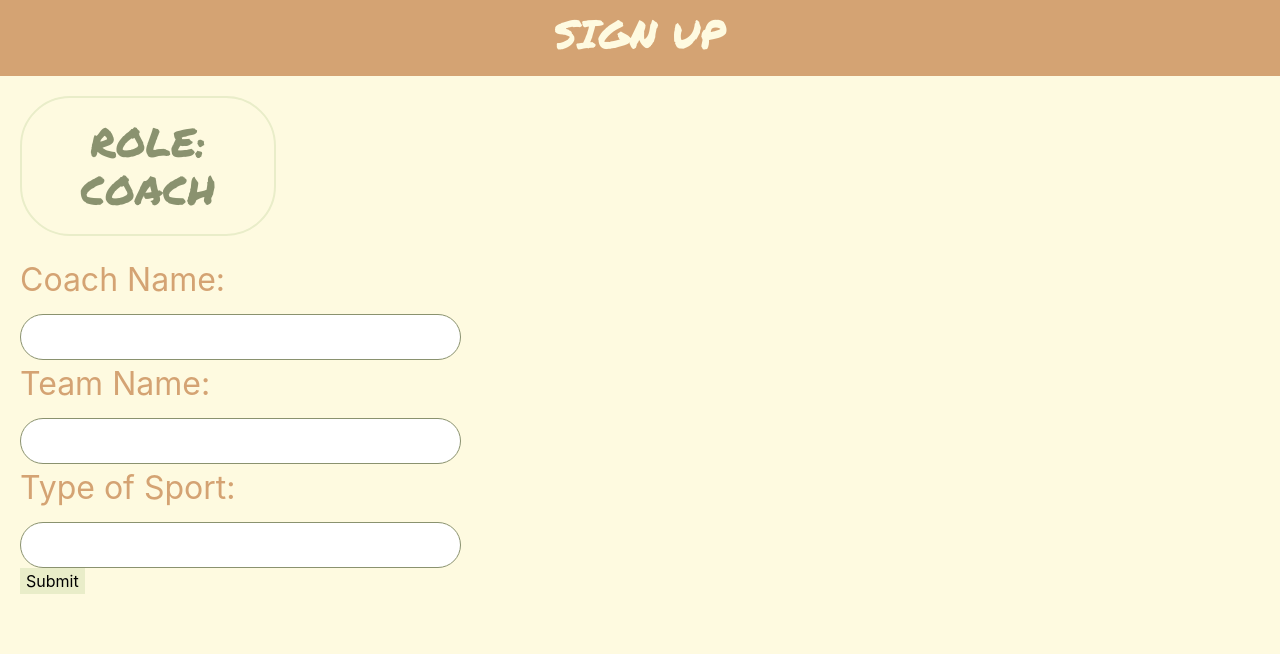
Repository: Aryaholmukhe/treasureHacks
Page: http://localhost/coach
An editor plug-in stored every save of this project. The page is shown before and after a run of saves, followed by the edit.
The browser window is 1280 px wide. The pictures show the whole page.
The page is served by the project's Node server (server.js). Queries for data that is not in the repository find no rows.

Above is the page before, as saved 2022-03-26 19:52:17.

### views/signup/coach.ejs
<html lang="en">

<head>
    <meta charset="UTF-8">
    <meta http-equiv="X-UA-Compatible" content="IE=edge">
    <meta name="viewport" content="width=device-width, initial-scale=1.0">
    <link rel="stylesheet" href="https://cdn.jsdelivr.net/npm/bootstrap@4.6.1/dist/css/bootstrap.min.css">
    <script src="https://cdn.jsdelivr.net/npm/jquery@3.6.0/dist/jquery.slim.min.js"></script>
    <script src="https://cdn.jsdelivr.net/npm/popper.js@1.16.1/dist/umd/popper.min.js"></script>
    <script src="https://cdn.jsdelivr.net/npm/bootstrap@4.6.1/dist/js/bootstrap.bundle.min.js"></script>
    <link rel="preconnect" href="https://fonts.googleapis.com">
    <link rel="preconnect" href="https://fonts.gstatic.com" crossorigin>
    <link href="https://fonts.googleapis.com/css2?family=Permanent+Marker&display=swap" rel="stylesheet">
    <link rel="stylesheet" href="../views/public/main.css">

    <title>COACH SIGN UP</title>
</head>

<body style="background-color: #FEFAE0">

    <!-- CHANGE PADDINGS TO BOOTSTRAP4 -->
    <div class="header" style="color: #FEFAE0; text-align: center; font-family: 'Permanent Marker', cursive; background-color: #D4A373; padding: 10px 0px;">
        <h1>SIGN UP</h1>
    </div>

    <h1 class="role" style="font-family: 'Permanent Marker', cursive; color: #8A926F; padding: 20px 20px; border-radius: 50px; border: 2px solid #E9EDC9; width: 20%; margin: 20px 20px; text-align: center">ROLE: COACH</h1>

    <form action="/coach" method="post" style="margin-left: 20px">

        <label class="label" for="coachName" style="color: #D4A373; font-size: 32px;">Coach Name: </label>
        <input class="input" type="text" name="coachName" style="border: 1px solid #8A926F; background-color: none; border-radius: 50px; font-size: 28px">
<br>
        <label class="label" for="teamName" style="color: #D4A373; font-size: 32px;">Team Name: </label>
        <input class="input" type="text" name="teamName" style="border: 1px solid #8A926F; background-color: none; border-radius: 50px; font-size: 28px">
<br>
        <label class="label" for="sportType" style="color: #D4A373; font-size: 32px;">Type of Sport: </label>
        <input class="input" type="text" name="sportType" style="border: 1px solid #8A926F; background-color: none; border-radius: 50px; font-size: 28px">
<br>


            <button type="submit" class="add" style="border: none; background-color: #E9EDC9; ">Submit</button>
        </div>
    </form>
    </div>


    <script src="./coach.js"></script>

</html>

### server.js
//jshint esversion:6

const express = require("express");
const bodyParser = require("body-parser");
const mongoose = require("mongoose");
const _ = require("lodash");
const { join } = require("path");
require("dotenv").config();
const app = express();

// TWILIO STUFF

const accountSID = process.env.ACCOUNT_SID;
const authToken = process.env.AUTH_TOKEN;

const client = require('twilio')(accountSID, authToken);


app.set('view engine', 'ejs');

app.use(bodyParser.urlencoded({ extended: true }));
app.use(express.static("public"));

app.get("/auth_config.json", (req, res) => {
    res.sendFile(join(__dirname, "/auth_config.json"));
})

// for each team member
mongoose.connect("mongodb://localhost:27017/teamMembersDB", { useNewUrlParser: true });

const membersSchema = new mongoose.Schema({
    name: String,
    role: String,
    age: Number,
    email: String,
    phone: String,
    progress: []
});

let members = [];

const Member = mongoose.model("Member", membersSchema);

// to identify teams
const teamSchema = new mongoose.Schema({
    coachName: String,
    team: [{ name: String }, { sport: String }]
})

const Team = mongoose.model("Team", teamSchema);

// When no members are present
const noMember = new Member({
    name: "No members yet"
})


// get requests

app.get("/signup", (req, res) => {
    res.render("signup/signup")
})
let person = "";
app.get("/coach", (req, res) => {
    person = "Coach"
    res.render("signup/coach");
})

app.get("/player", (req, res) => {
    person = "Team Member"
    res.render("signup/player")
})

app.get("/", (req, res) => {
    Member.find({}, function (err, foundMembers) {

        if (foundMembers.length === 0) {
            members.push(noMember)
            Member.insertMany(members, function (err) {
                if (err) {
                    console.log(err);
                } else {
                    console.log("Successfully saved members to DB.");
                }
            });
            // res.redirect("/");
        } else {
            Member.deleteOne({ "name": "No members yet" }, (err, person) => {
                if (err) return handleError(err);
            })
            res.render('index', { allMembers: foundMembers, person: person })
        }
    });
})

app.get("/:personName", function (req, res) {
    const personName = _.capitalize(req.params.personName);
    let person;
    Member.find({ _id: personName }, (err, person) => {
        person = person.name;
    })
    res.send(person);
    // res.render("account", { personName: personName });
});


// post requests

app.post("/", (req, res) => {

    const playerName = req.body.newPlayer;
    const role = req.body.newRole;
    const listName = req.body.list;
    const player = new Member({
        name: playerName,
        role: role
    })
    player.save();
    res.redirect("/")
})

app.post("/delete", function (req, res) {
    const removedPlayer = req.body.checkbox;

    Member.findByIdAndRemove(removedPlayer, function (err) {
        if (!err) {
            console.log("Successfully deleted player.");
            res.redirect("/");
        } else { console.log(err) }
    });

})

app.post("/coach", (req, res) => {
    const coachName = req.body.coachName;
    const teamName = req.body.teamName;
    const sportType = req.body.sportType;
    teams = new Team({
        coachName: coachName,
        team: [{ name: teamName, sport: sportType }]
    })
    res.redirect("/")
})

app.post("/announcements", (req, res) => {
    const message = req.body.message;
    members.forEach(member => {
        client.messages.create({
            to: member.phone,
            from: process.env.TWILIO_PHONE_NUMBER, //is this going to be dynamic?
            body: message
        })
            .then((message) => {
                console.log(message.sid)
                res.redirect("/")
            });
    })
})

app.listen(3000, function () {
    console.log("Server started on port 3000");
});

### views/public/main.css
.hidden {
    display: none;
  }

  label {
    margin-bottom: 10px;
    display: block;
    color: purple;
  }
  body{
    background-color:blue;
  }

After the next 3 saves:
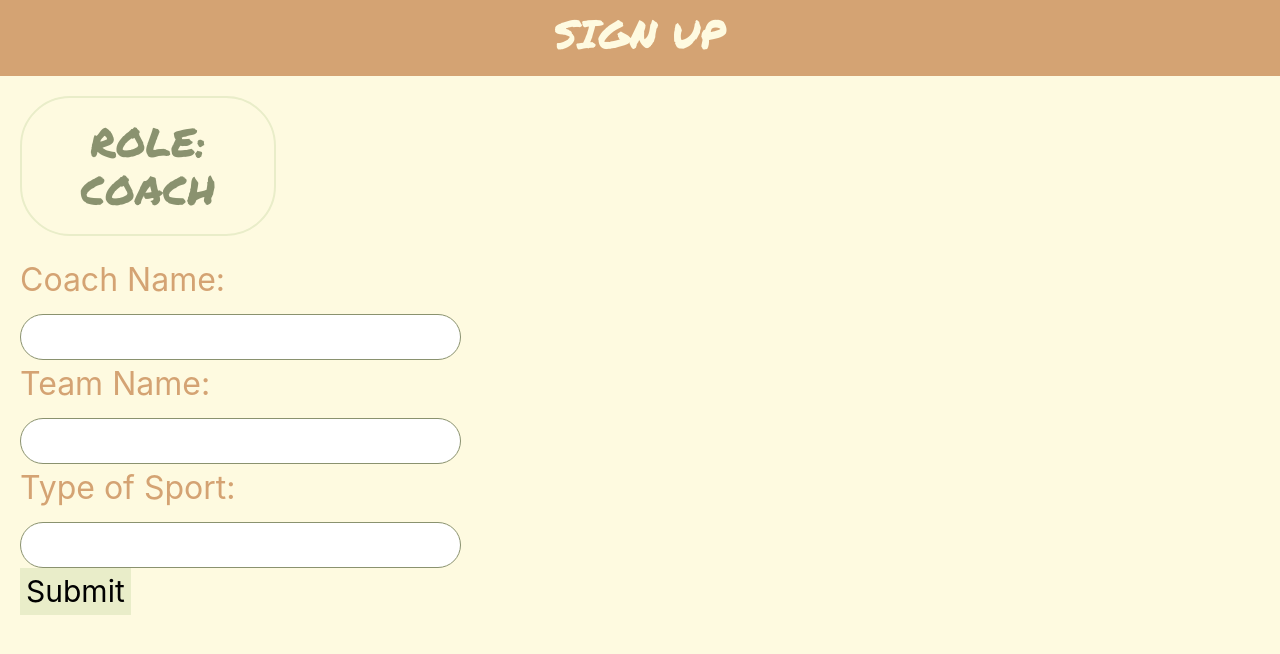
The 3 saves are shown as one change because they came seconds apart.
The last was saved 79 s later.
--- a/views/signup/coach.ejs
+++ b/views/signup/coach.ejs
@@ -38,7 +38,7 @@
 <br>
 
 
-            <button type="submit" class="add" style="border: none; background-color: #E9EDC9; ">Submit</button>
+            <button type="submit" class="add" style="border: none; background-color: #E9EDC9; font-size: 30px; ">Submit</button>
         </div>
     </form>
     </div>
